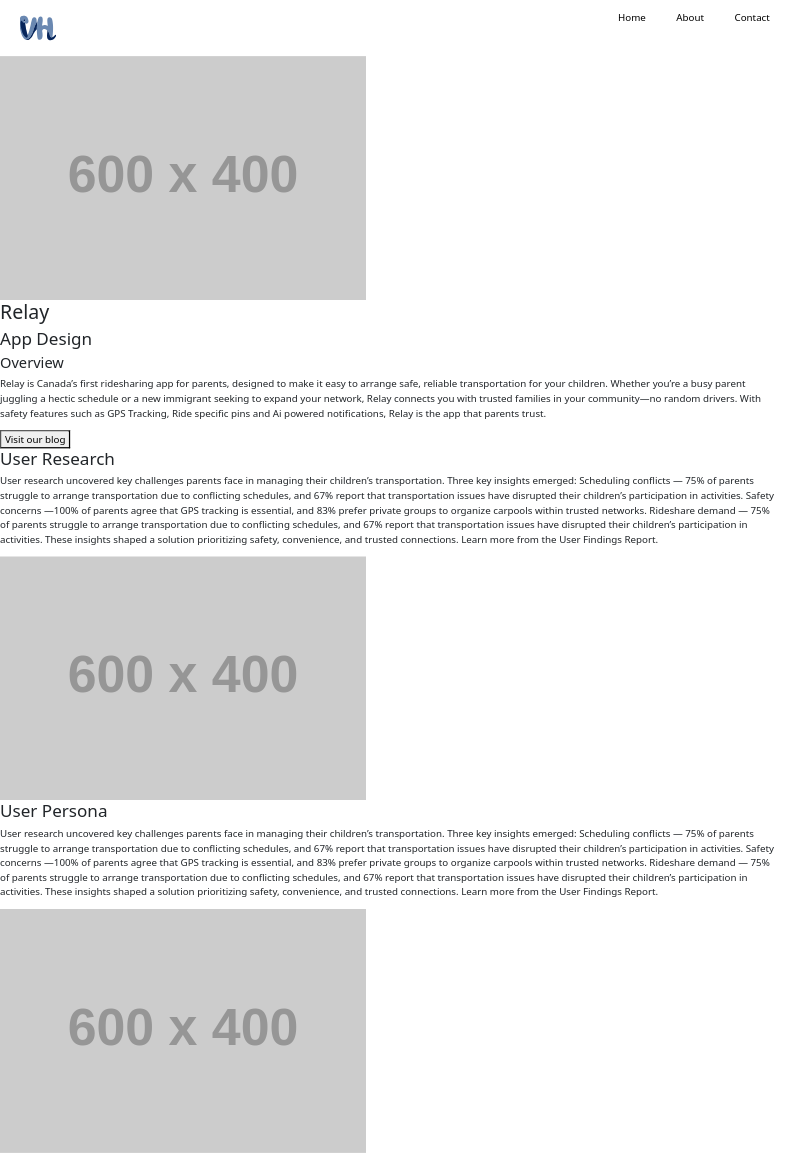
Repository: Vanessahyc/vanessa-portfolio
Page: /relay
These files come from the project's save history. The page is drawn as it stood at one moment and after the next save; the edit follows.
The browser window is 1280 px wide. The page is 1312 px wide, so the pictures cover 1312 px, including what lies to the right of the window. The pictures show the whole page, at 61% of full size.
The project was rebuilt for these pictures with package versions that can differ from the ones it lists, and the page was loaded fresh each time. The framework's server and built-in components were replaced by stand-ins that run in the browser. Also part of the build but not shown: next.config.mjs, src/app/relay/Relay.module.css.

Above is the page before, as saved 2025-02-09 13:16:52.

After the next save:
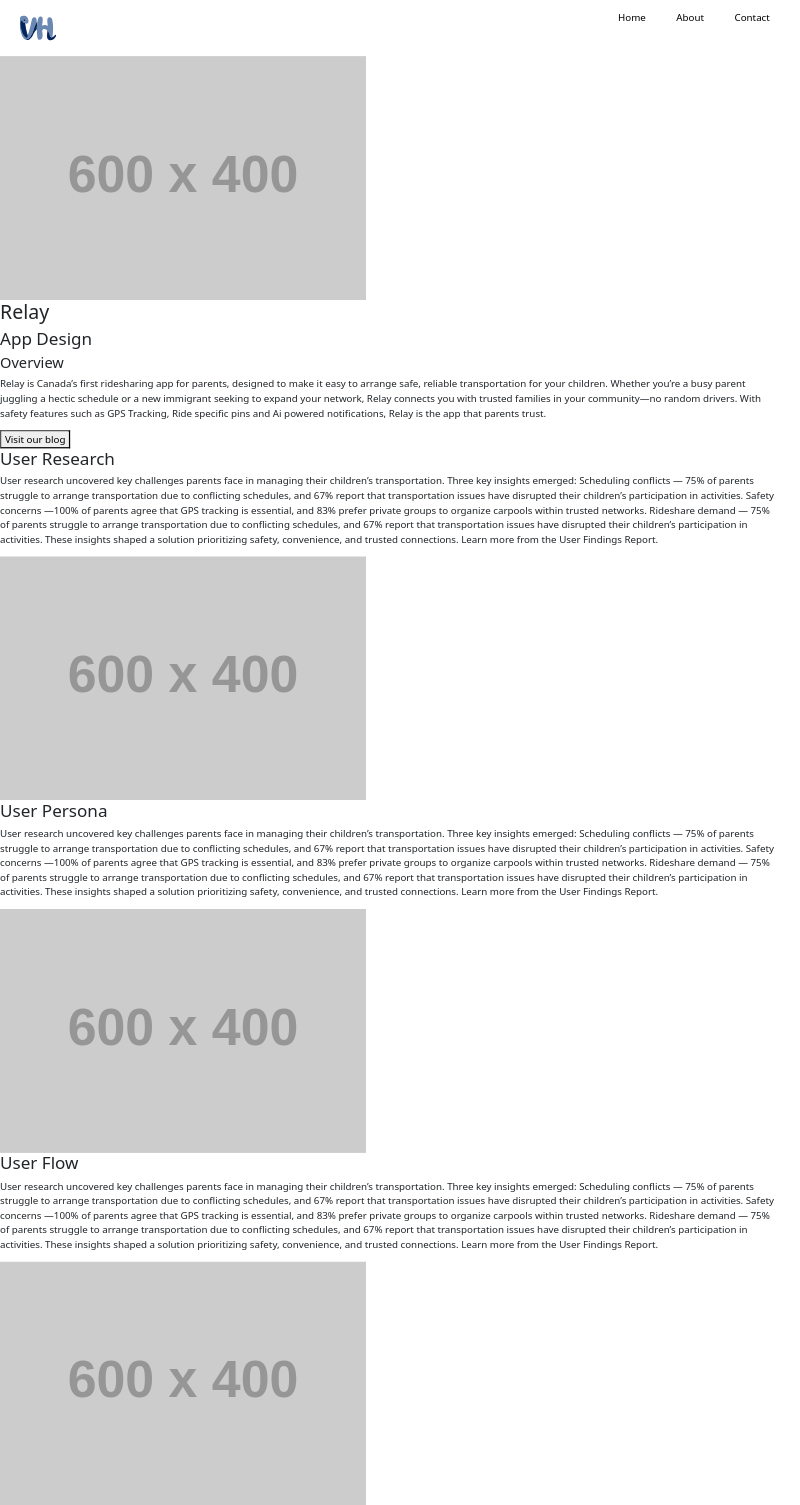
Saved 59 s later.
--- a/src/app/relay/page.js
+++ b/src/app/relay/page.js
@@ -70,6 +70,25 @@ export default function Relay() {
             </p>
             <img src="https://placehold.co/600x400" alt="placeholder image" />
           </div>
+          <div className={styles.subContainer}>
+            <h3>User Flow</h3>
+            <p>
+              User research uncovered key challenges parents face in managing
+              their children’s transportation. Three key insights emerged:
+              Scheduling conflicts — 75% of parents struggle to arrange
+              transportation due to conflicting schedules, and 67% report that
+              transportation issues have disrupted their children’s
+              participation in activities. Safety concerns —100% of parents
+              agree that GPS tracking is essential, and 83% prefer private
+              groups to organize carpools within trusted networks. Rideshare
+              demand — 75% of parents struggle to arrange transportation due to
+              conflicting schedules, and 67% report that transportation issues
+              have disrupted their children’s participation in activities. These
+              insights shaped a solution prioritizing safety, convenience, and
+              trusted connections. Learn more from the User Findings Report.
+            </p>
+            <img src="https://placehold.co/600x400" alt="placeholder image" />
+          </div>
         </section>
       </main>
     </>
